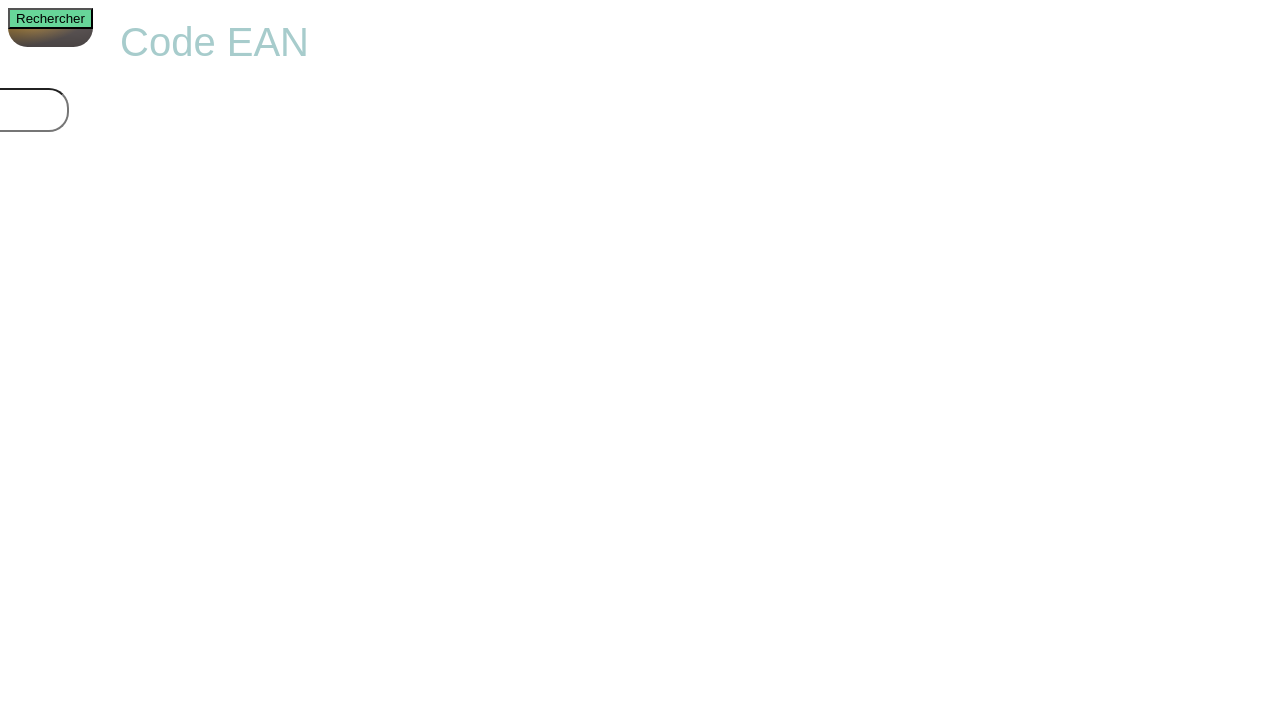
Repository: Zouz01/exo-toucan
Page: index.html
An editor plug-in stored every save of this project. The page is shown before and after a run of saves, followed by the edit.
The browser window is 1280 px wide. The pictures show the whole page.

Above is the page before, as saved 2023-09-21 11:41:52.

### index.html
<!DOCTYPE html>
<html lang="fr">
<head>
    <meta charset="UTF-8">
    <meta name="viewport" content="width=device-width, initial-scale=1">
    <title>TOUCAN API</title>
    <link rel="stylesheet" type="text/css" href="main.css">
</head>
<body>
    <div class="container">
        <!-- Formulaire de recherche -->
        <form id="product-form" action="https://fr.openfoodfacts.org/api/v0/product/<<code_EAN_13>>" method="POST">
            <label for="code_ean">Code EAN </label>
            <input type="text" id="code_ean" name="code_ean" placeholder="Entrez le code EAN ici"><!-- Champ de saisie du code EAN -->
            <button type="submit" id="submit">Rechercher</button> <!-- Bouton de soumission du formulaire -->
        </form>

        <!-- Conteneur pour l'affichage de l'image et des informations -->
        <div><img id="img"></div>
        <div id="product-info"></div>
    </div>

    <!-- Inclusion du script JavaScript -->
    <script src="main.js"></script>
</body>
</html>

### main.css
body {
    font-family: Arial, sans-serif;




    display: flex; /* Utilisation de Flexbox pour centrer le contenu */



}

.container {

   position: fixed;


    background: radial-gradient(100% 100% at 0% 0%, #FFBA33 0%, #5e5757 100%);
   /* background: radial-gradient(100% 100% at 0% 0%, #A6A6A6 0.46%, #000000 78.06%);
    background: linear-gradient(167.94deg, #7AA77E 0%, #476F72 100%);*/

    opacity: 1.8;
    box-shadow: inset 10px -10px 20px rgba(0, 0, 0, 0.25);
    border-radius: 50px;
}

/* position ecriture label*/
label {

    top: 20px;
    font-size: 40px;
    color: rgb(167, 204, 204);
   left: 120px;
    position :fixed;



}
/*position img*/
#img {
    position: relative;
   border-radius: 20px;

}

/*position retour d'information produit*/
 #product-info {
    position: absolute;
    padding: 20px;
    color:rgb(171, 221, 205);
    top: 100px;

 }
h2 {
    font-size: xx-large;
    color: #7af3b1;
}
p{
    font-size: larger ;
}

/* Champ de saisie pour entrer le code EAN */
#code_ean {
    position: absolute;
   border-radius: 20px;
    width: 382px;
    height: 38px;
   right:24px ;
    top: 80px;
    font-family: 'Montserrat';
font-style: normal;
font-weight: 500;
font-size: 25px;
line-height: 30px;
text-align: center;

color: #0f0d0d;



}

/* Bouton de recherche */
button[type="submit"] {


  background-color: #67d699;





}




/* styles pour les écrans plus grands */

### main.js
const form = document.querySelector("#product-form"); //Interagit avec  HTML avec l'id "product-form"
const code_ean = document.querySelector("#code_ean"); //Interagit avec  HTML  avec l'id "code_ean"
const productInfo = document.querySelector("#product-info"); //Interagit avec  HTML avec l'id "les informations produits"
const img = document.querySelector("#img");  //Interagit avec  HTML avec l'id "les images"
const submit = document.querySelector("#submit");  //Interagit avec  HTML avec l'id "Boutton envoi"


submit.addEventListener("click", (e) => { // Ecouteur d'événement sur le bouton d'envoi qui écoute un événement de clic
    e.preventDefault();

    // validation du code
    if (code_ean.value.length !== 13) {
        alert("Le code EAN doit contenir 13 chiffres.");// Le script vérifie si la valeur du champ de saisie du code EAN comporte 13 caractères
        return;                                         // Sinon, il affiche une alerte indiquant que le code EAN doit contenir 13 chiffres.
    }else

// Si code correct alors ...
    // Récupére les informations du produit depuis l'API
    fetch("https://fr.openfoodfacts.org/api/v0/product/" + code_ean.value) //Méthode pour envoyer une requête GET à l'API
        .then((reponse) => reponse.json())   //  Convertit  la réponse de l'API en JSON
        .then((data) => {                    //  Pour accéder aux données.
            let product = data.product;
            img.src = product.image_url;


             //Affiche les informations sur le produit, ( avec innerHTML on definila source de l'éléments)
             productInfo.innerHTML =`
             <h2><b>Nom</b> : ${product.abbreviated_product_name}</h2>
             <p><b>Marque</b> : ${product.brands}</p>
             <p><b>Catégorie</b> : ${product.categories}</p>
             <p><b>Ingrédients</b> : ${product.ingredients_text}</p>`
             console.log (data)
        }); // ${} veut dire interpreter

});

   /*fecht veut dire aller chercher*/

After the next 3 saves:
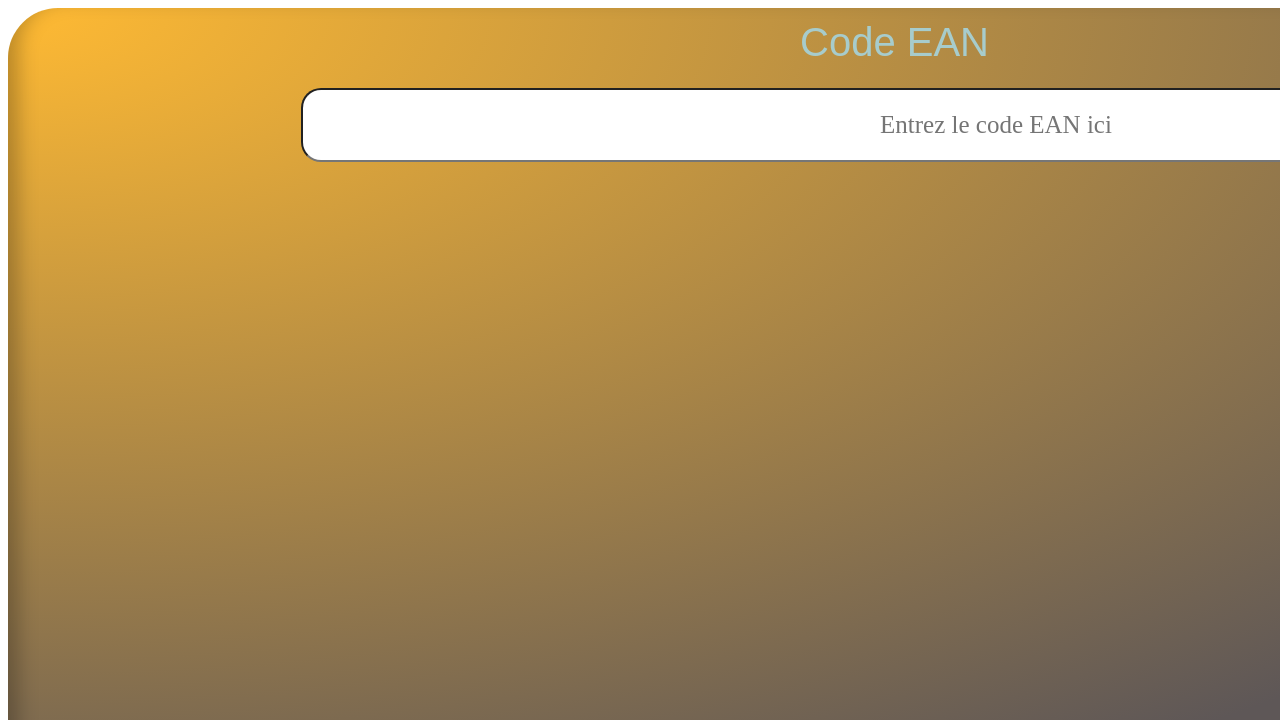
The 3 saves are shown as one change because they came seconds apart.
The last was saved 13 s later.
--- a/main.css
+++ b/main.css
@@ -1,19 +1,13 @@
 body {
     font-family: Arial, sans-serif;
-
-
-
-
-    display: flex; /* Utilisation de Flexbox pour centrer le contenu */
-
-
 
 }
 
 .container {
-
+    width: 428px;
+    height: 926px;
    position: fixed;
-
+    text-align: center;
 
     background: radial-gradient(100% 100% at 0% 0%, #FFBA33 0%, #5e5757 100%);
    /* background: radial-gradient(100% 100% at 0% 0%, #A6A6A6 0.46%, #000000 78.06%);
@@ -40,7 +34,8 @@ label {
 #img {
     position: relative;
    border-radius: 20px;
-
+   width: 20%;
+   top: 600px;
 }
 
 /*position retour d'information produit*/
@@ -82,11 +77,13 @@ color: #0f0d0d;
 
 /* Bouton de recherche */
 button[type="submit"] {
-
-
+    position: absolute;
+    width: 144px;
+    height: 63px;
   background-color: #67d699;
-
-
+    bottom: 50px;
+    border-radius: 20px;
+    right: 145px;
 
 
 
@@ -96,3 +93,66 @@ button[type="submit"] {
 
 
 /* styles pour les écrans plus grands */
+@media (min-width: 900px) {
+     .container {
+        width: 1980px;
+        height: 900px;
+     }
+        button[type="submit"] {
+            position: absolute;
+    width: 184px;
+    height: 83px;
+  background-color: #67d699;
+    bottom: 50px;
+    border-radius: 20px;
+    right: 870px;
+        }
+        #code_ean {
+            position: absolute;
+           border-radius: 20px;
+            width: 1382px;
+            height: 68px;
+           right:15% ;
+            top: 80px;
+            font-family: 'Montserrat';
+        font-style: normal;
+        font-weight: 500;
+        font-size: 25px;
+        line-height: 30px;
+        text-align: center;
+        color: #0f0d0d;
+
+ }
+ label {
+
+    top: 20px;
+    font-size: 40px;
+    color: rgb(167, 204, 204);
+   left: 800px;
+    position :fixed;
+
+}
+#product-info {
+    position: absolute;
+    padding: 50px;
+    color:rgb(171, 221, 205);
+    top: 200px;
+    left: 30%;
+
+ }
+ #img {
+    position: relative;
+   border-radius: 20px;
+   max-width: 20%;
+   max-height: 10%;
+   top: 230px;
+   right: 30%;
+}
+h2 {
+    font-size: 50px;
+    color: aqua;
+}
+p{
+    font-size: 30px ;
+}
+}
